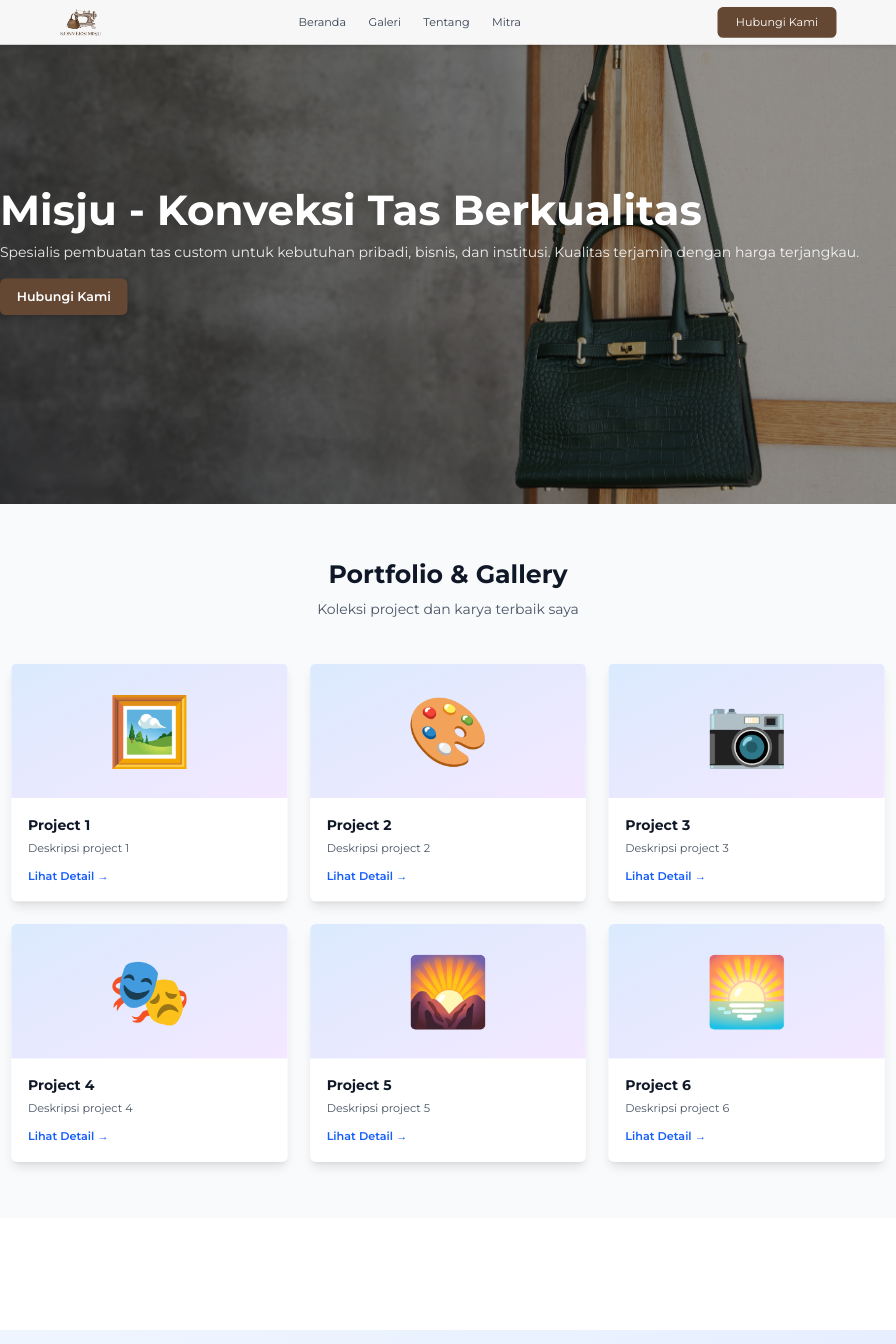
Repository: faridfirdaus-fred/konveksi_misju
Page: /
These files come from the project's save history. The page is drawn as it stood at one moment and after the next save; the edit follows.
The browser window is 1280 px wide. The pictures show the part of the page from y = 0 to 1920 px (the page is 3133 px tall), at 70% of full size.
The project was rebuilt for these pictures with package versions that can differ from the ones it lists, and the page was loaded fresh each time. Also part of the build but not shown: vite.config.js.

Above is the page before, as saved 2026-01-08 20:46:36.

After the next save:
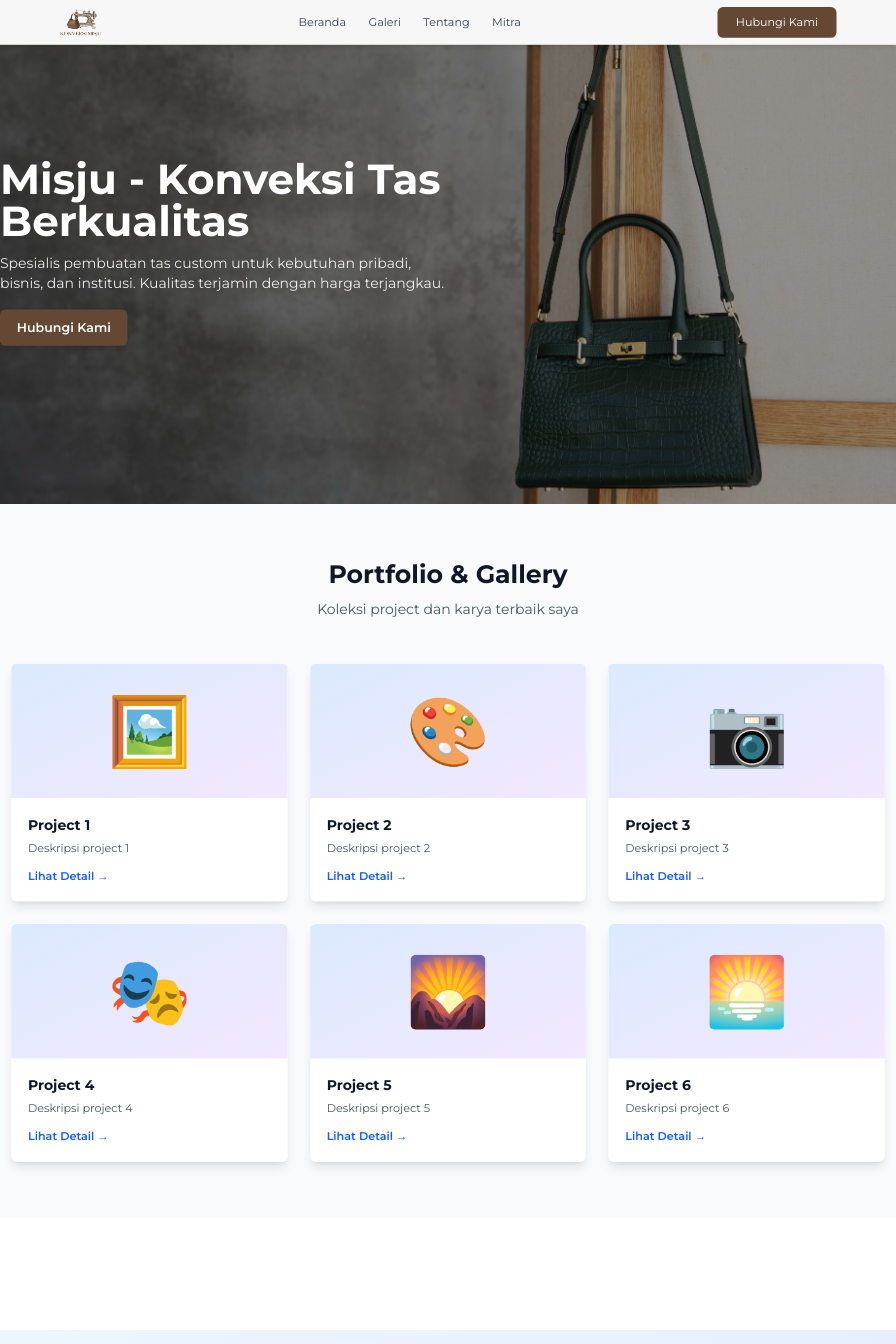
Saved 4 s later.
--- a/src/components/Hero.jsx
+++ b/src/components/Hero.jsx
@@ -15,7 +15,7 @@
 
       {/* Content */}
       <div className="relative z-10 w-full mx-auto">
-        <div className="w-">
+        <div className="w-6/12">
           <h1 className="text-4xl md:text-6xl font-bold text-white mb-4">
             Misju - Konveksi Tas Berkualitas
           </h1>
